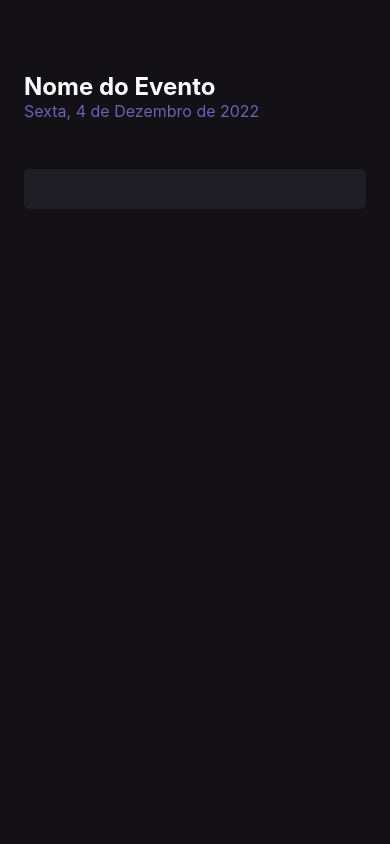
Repository: guilhermecardoso93/reactNative-ignite-imhere
Screen: /
These files come from the project's save history. The screen is drawn as it stood at one moment and after the next save; the edit follows.
The app was drawn by React Native's web renderer in a window 390 px wide. The project was rebuilt for these pictures with package versions that can differ from the ones it lists, and the page was loaded fresh each time.

Above is the screen before, as saved 2022-10-02 19:31:21.

### App.tsx
import { Text, View, StyleSheet } from "react-native";
import Home from "./src/screens/Home";

export default function App() {
  return (
    <>
      <Home/>
    </>
  );
}

### src/screens/Home/index.tsx
import { Text, View, TextInput } from "react-native";

import { styles } from "./styles";

export default function Home() {
  return (
    <View style={styles.container}>
      <Text style={styles.eventName}>Nome do Evento</Text>
      <Text style={styles.eventDate}>Sexta, 4 de Dezembro de 2022</Text>
      <TextInput  style={styles.eventInput}/>
    </View>
  );
}

### src/screens/Home/styles.ts
import { StyleSheet } from "react-native";

export const styles = StyleSheet.create({
  container: {
    flex: 1,
    padding: 24,
    backgroundColor: "#131016",
  },
  eventName: {
    color: "#fff",
    fontSize: 24,
    fontWeight: "bold",
    marginTop: 48,
  },
  eventDate: {
    color: "#6b62b6",
    fontSize: 16,
  },
  eventInput: {
    backgroundColor: '#1f1e25',
    color:'#FFF',
    height: 40,
    borderRadius: 5,
    padding:16,
    marginTop: 48
  }
});

After the next save:
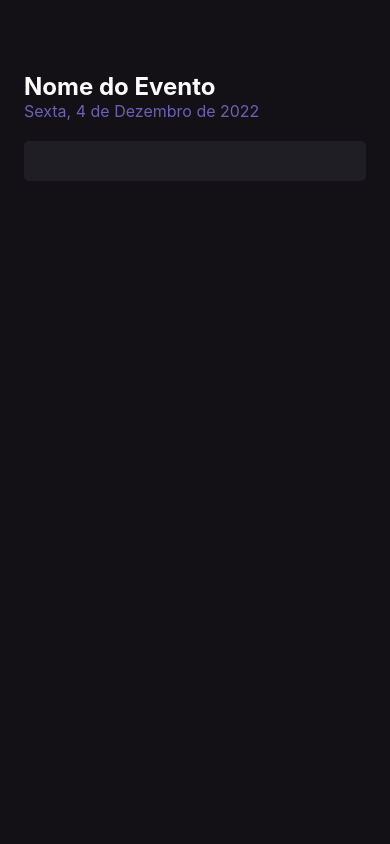
Saved 4 s later.
--- a/src/screens/Home/styles.ts
+++ b/src/screens/Home/styles.ts
@@ -22,6 +22,5 @@ export const styles = StyleSheet.create({
     height: 40,
     borderRadius: 5,
     padding:16,
-    marginTop: 48
-  }
+    marginTop: 20  }
 });
